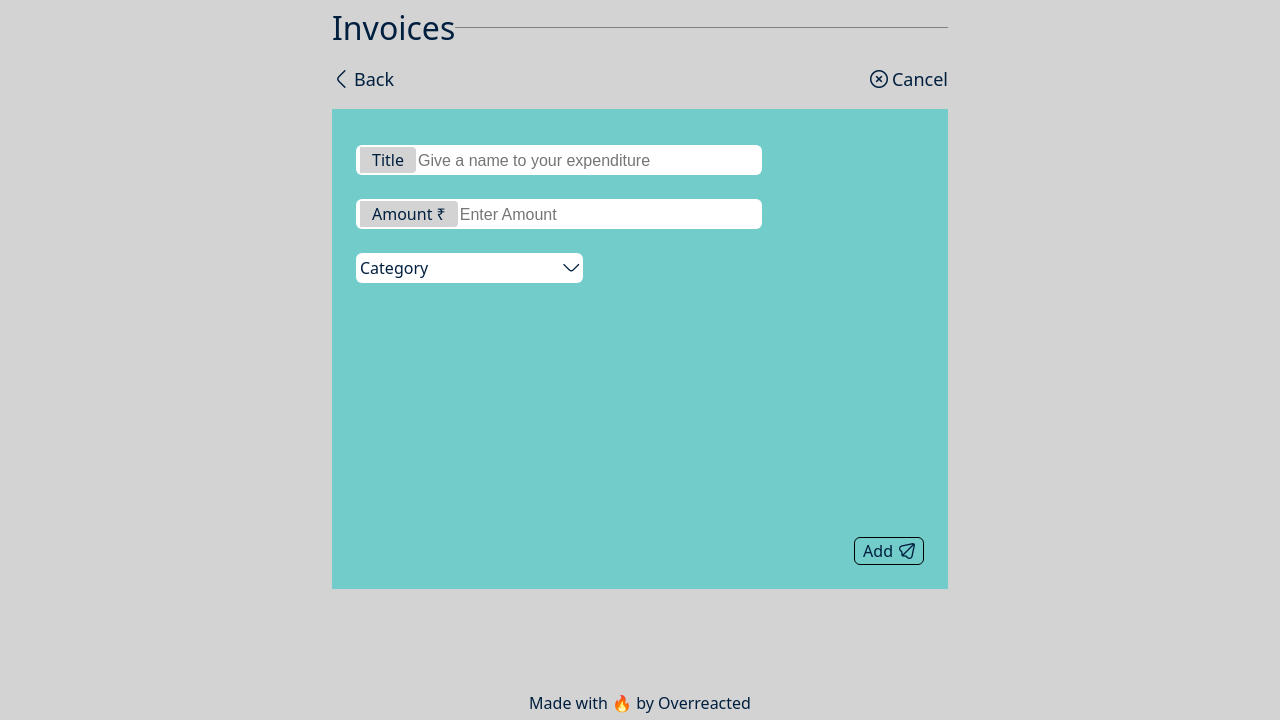
Repository: om1ars/task3
Page: /add-expense
An editor plug-in stored every save of this project. The page is shown before and after the next save, followed by the edit.
The browser window is 1280 px wide. The pictures show the whole page.
Some web libraries are served in a nearby version. The project was rebuilt for these pictures with package versions that can differ from the ones it lists, and the page was loaded fresh each time. Also part of the build but not shown: src/components/add-form/success-modal.css, src/components/expense-list/card.css, src/components/expense-list/card.js, src/components/expense-list/expense-list.css, src/components/expense-list/index.js, src/pages/home/home.css, src/pages/home/index.js.

Above is the page before, as saved 2021-12-18 14:52:12.

### public/index.html
<!DOCTYPE html>
<html lang="en">
  <head>
    <meta charset="utf-8" />
    <link rel="icon" href="%PUBLIC_URL%/favicon.ico" />
    <meta name="viewport" content="width=device-width, initial-scale=1" />
    <meta name="theme-color" content="#000000" />
    <meta name="description" content="SPA to track all your expenses" />
    <link rel="apple-touch-icon" href="%PUBLIC_URL%/logo192.png" />
    <!--
      manifest.json provides metadata used when your web app is installed on a
      user's mobile device or desktop. See https://developers.google.com/web/fundamentals/web-app-manifest/
    -->
    <link rel="manifest" href="%PUBLIC_URL%/manifest.json" />
    <link rel="preconnect" href="https://fonts.googleapis.com" />
    <link rel="preconnect" href="https://fonts.gstatic.com" crossorigin />
    <link
      href="https://fonts.googleapis.com/css2?family=Noto+Sans&display=swap"
      rel="stylesheet"
    />
    <link
      rel="stylesheet"
      href="https://cdn-uicons.flaticon.com/uicons-regular-rounded/css/uicons-regular-rounded.css"
    />
    <link
      rel="stylesheet"
      href="https://cdn.jsdelivr.net/gh/devicons/devicon@v2.12.0/devicon.min.css"
    />
    <title>Xpensr</title>
  </head>
  <body>
    <noscript>You need to enable JavaScript to run this app.</noscript>
    <div id="root"></div>
    <!--
      This HTML file is a template.
      If you open it directly in the browser, you will see an empty page.

      You can add webfonts, meta tags, or analytics to this file.
      The build step will place the bundled scripts into the <body> tag.

      To begin the development, run `npm start` or `yarn start`.
      To create a production bundle, use `npm run build` or `yarn build`.
    -->
  </body>
</html>

### src/index.js
import React from "react";
import ReactDOM from "react-dom";
import "./index.css";
import App from "./App";
import reportWebVitals from "./reportWebVitals";
import { Provider } from "react-redux";
import store from "./redux/store/index";

ReactDOM.render(
  <Provider store={store}>
    <App />
  </Provider>,
  document.getElementById("root")
);

// If you want to start measuring performance in your app, pass a function
// to log results (for example: reportWebVitals(console.log))
// or send to an analytics endpoint. Learn more: https://bit.ly/CRA-vitals
reportWebVitals();

### src/index.css
body {
  margin: 0;
  font-family: "Noto Sans", sans-serif;
  -webkit-font-smoothing: antialiased;
  -moz-osx-font-smoothing: grayscale;
  background-color: lightgray;
  color: #001f3f;
}
a {
  text-decoration: none;
  color: #001f3f;
}
.button {
  /* background: #71ccca; */
  box-shadow: 20px 20px 60px #60adac, -20px -20px 60px #82ebe8;
}
code {
  font-family: source-code-pro, Menlo, Monaco, Consolas, "Courier New",
    monospace;
}

### src/App.js
import React from "react";
import { BrowserRouter as Router, Route, Switch } from "react-router-dom";
import Footer from "./components/footer";
import Header from "./components/header";
import AddExpense from "./pages/add-expense";
import Home from "./pages/home/index";

const App = () => {
  return (
    <Router>
      <Header />
      <Switch>
        <Route path="/" exact component={Home} />
        <Route path="/add-expense" component={AddExpense} />
      </Switch>
      <Footer />
    </Router>
  );
};

export default App;

### src/redux/store/index.js
import { combineReducers, createStore } from "redux";
import { expenseReducer } from "../reducers/expenses";
const reducer = combineReducers({
  expenses: expenseReducer,
});
const initialState = {};
const store = createStore(reducer, initialState);

export default store;

### src/components/footer/index.js
import React from "react";
import "./footer.css";
const Footer = () => {
  return <footer>Made with 🔥 by Overreacted</footer>;
};

export default Footer;

### src/components/header/index.js
import React from "react";
import "./header.css";
const Header = () => {
  return (
    <div className="header-container">
      <div className="header" style={{ display: "flex", alignItems: "center" }}>
        <div className="header-logo">
          Invoices
        </div>
        <div
          style={{ height: "1px", width: "100%", backgroundColor: "gray" }}
        ></div>
      </div>
    </div>
  );
};

export default Header;

### src/pages/add-expense/index.js
import React from "react";
import AddForm from "../../components/add-form";
import TopFold from "../../components/top-fold";
import "./add-expense.css";
const AddExpense = () => {
  return (
    <div className="add-expense">
      <TopFold />
      <AddForm />
    </div>
  );
};

export default AddExpense;

### src/redux/reducers/expenses.js
import {
  ADD_EXPENSE,
  DELETE_EXPENSE,
  SEARCH_EXPENSE,
} from "../action-types/expenses";

const initialList = () => {
  const list = localStorage.getItem("expense-list");
  let expenses = [];
  if (list) {
    expenses = JSON.parse(list);
  }
  return expenses;
};
const initialState = {
  expenseList: initialList(),
  query: "",
};

export const expenseReducer = (state = initialState, action) => {
  switch (action.type) {
    case ADD_EXPENSE: {
      localStorage.setItem(
        "expense-list",
        JSON.stringify([...state.expenseList, action.data])
      );
      return {
        ...state,
        expenseList: [...state.expenseList, action.data],
        query: "",
      };
    }
    case DELETE_EXPENSE: {
      const { data } = action;
      const updatedList = state.expenseList.filter(
        (item) => item.createdAt !== data.createdAt
      );
      localStorage.setItem("expense-list", JSON.stringify(updatedList));
      return {
        ...state,
        expenseList: updatedList,
      };
    }
    case SEARCH_EXPENSE: {
      const { query } = action;
      return {
        ...state,
        query,
      };
    }
    default:
      return {
        ...state,
      };
  }
};

### src/components/footer/footer.css
footer {
  width: 100%;
  position: fixed;
  bottom: 0;
  display: flex;
  justify-content: center;
  align-items: center;
  padding-bottom: 6px;
}

### src/components/header/header.css
.header-container {
  width: 50%;
  margin: auto;
}
.header {
  display: flex;
  justify-content: space-between;
  align-items: center;
  flex: 1;
  margin: 6px 12px;
}
.header-logo {
  display: flex;
  align-items: center;
  font-size: 32px;
  font-weight: 500;
}
.header-logo i {
  display: flex;
  align-items: center;
  margin-left: 6px;
}

.header-button {
  font-size: 20px;
  display: flex;
  justify-content: center;
  align-items: center;
  border: 1px solid black;
  border-radius: 6px;
  padding: 0px 8px;
}
.header-button i {
  margin-right: 4px;
}

@media only screen and (max-width: 1024px) {
  .header-container {
    width: 90%;
  }
  .header-logo {
    font-size: 28px;
  }
  .header-button {
    font-size: 18px;
  }
}

@media only screen and (max-width: 512px) {
  .header-container {
    width: 100%;
  }
  .header-logo {
    font-size: 24px;
  }
  .header-button {
    font-size: 16px;
  }
}

### src/components/add-form/index.js
import React, { useState } from "react";
import { categories } from "../../constants/add-expense";
import "react-toastify/dist/ReactToastify.css";
import "./add-form.css";
import { toast, ToastContainer } from "react-toastify";
import { useDispatch } from "react-redux";
import { addExpense } from "../../redux/actions/expenses";
import SuccessModal from "./success-modal";

const AddForm = () => {
  const [categoryOpen, setCategoryOpen] = useState(false);
  const cat = categories;
  const [title, setTitle] = useState("");
  const [amount, setAmount] = useState("");
  const [category, setCategory] = useState();
  const dispatch = useDispatch();
  const [modalOpen, setModalOpen] = useState(false);
  const handleTitle = (e) => {
    setTitle(e.target.value);
  };
  const handleAmount = (e) => {
    const val = parseFloat(e.target.value);
    if (isNaN(val)) {
      setAmount("");
      return;
    }
    setAmount(val);
  };
  const handleCategory = (category) => {
    setCategory(category);
    setCategoryOpen(false);
    console.log(category);
  };

  const handleSubmit = () => {
    if (title === "" || amount === "" || !category) {
      const notify = () => toast("Please enter complete data");
      notify();
      return;
    }
    const data = {
      title,
      amount,
      category,
      createdAt: new Date(),
    };
    dispatch(addExpense(data));
    setModalOpen(!modalOpen);
  };

  return (
    <div className="add-form">
      <SuccessModal modalOpen={modalOpen} />
      <ToastContainer
        position="bottom-left"
        autoClose={1500}
        hideProgressBar={false}
        newestOnTop={false}
        closeOnClick
      />
      <div className="form-item">
        <label>Title</label>
        <input
          placeholder="Give a name to your expenditure"
          value={title}
          onChange={(e) => handleTitle(e)}
        />
      </div>
      <div className="form-item">
        <label>Amount ₹</label>
        <input
          placeholder="Enter Amount"
          className="amount-input"
          onChange={(e) => handleAmount(e)}
          value={amount}
        />
      </div>
      <div className="category-container-parent">
        <div className="category">
          <div
            className="category-dropdown"
            onClick={() => setCategoryOpen(!categoryOpen)}
          >
            <label>{category ? category.title : "Category"}</label>
            <i class="fi-rr-angle-down"></i>
          </div>
          {categoryOpen && (
            <div className="category-container">
              {cat.map((category) => (
                <div
                  className="category-item"
                  style={{ borderRight: `5px solid ${category.color}` }}
                  key={category.id}
                  onClick={() => handleCategory(category)}
                >
                </div>
              ))}
            </div>
          )}
        </div>
      </div>
      <div className="form-add-button">
        <div onClick={handleSubmit}>
          <label>Add</label>
          <i class="fi-rr-paper-plane"></i>
        </div>
      </div>
    </div>
  );
};

export default AddForm;

### src/components/top-fold/index.js
import React, { useEffect, useState } from "react";
import { Link, useLocation } from "react-router-dom";
import "./top-fold.css";
import { useDispatch } from "react-redux";
import { searchExpense } from "../../redux/actions/expenses";
const TopFold = () => {
  const [query, setQuery] = useState("");
  const dispatch = useDispatch();
  const handleQuery = (e) => {
    setQuery(e.target.value);
    dispatch(searchExpense(e.target.value));
  };
  return (
    <div className="topfold">
      {window.location.pathname === "/" ? (
        <div className="home-topfold">
          <Link to="/add-expense">
            <div
              className="add-button"
              style={{
                width: "700px",
                backgroundColor: "white",
                padding: 15,
              }}
            >
              <div style={{ marginBottom: 10 }}>Actions</div>
              <label
                style={{
                  padding: "6px 28px",
                  borderRadius: "5px",
                  backgroundColor: "blue",
                }}
              >
                Add
              </label>
            </div>
          </Link>
        </div>
      ) : (
        <div className="add-topfold">
          <Link to="/">
            <div className="add-topfold-button">
              <i class="fi-rr-angle-left"></i>
              <label>Back</label>
            </div>
          </Link>
          <Link to="/">
            <div className="add-topfold-button">
              <i class="fi-rr-cross-circle"></i>
              <label>Cancel</label>
            </div>
          </Link>
        </div>
      )}
    </div>
  );
};

export default TopFold;

### src/pages/add-expense/add-expense.css
.add-expense {
  width: 50%;
  margin: auto;
}

@media only screen and (max-width: 1024px) {
  .add-expense {
    width: 90%;
  }
}

@media only screen and (max-width: 512px) {
  .add-expense {
    width: 100%;
  }
}

### src/redux/action-types/expenses.js
export const ADD_EXPENSE = "ADD_EXPENSE";

export const DELETE_EXPENSE = "DELETE_EXPENSE";

export const SEARCH_EXPENSE = "SEARCH_EXPENSE";

### src/constants/add-expense.js
export const categories = [
  {
    id: 1,
    title: "Education",
    icon: require("../assets/images/education.png"),
    color: "#A95EC2",
  },
  {
    id: 2,
    title: "Healthcare",
    icon: require("../assets/images/healthcare.png"),
    color: "#FF768A",
  },
  {
    id: 3,
    title: "Shopping",
    icon: require("../assets/images/shopping.png"),
    color: "#EC60AB",
  },
  {
    id: 4,
    title: "Food",
    icon: require("../assets/images/food.png"),
    color: "#FF9E6D",
  },
  {
    id: 5,
    title: "Other",
    icon: require("../assets/images/entertainment.png"),
    color: "#FFCB5E",
  },
];

### src/components/add-form/add-form.css
.add-form {
  background: #71ccca;
  /* box-shadow: 20px 20px 60px #60adac, -20px -20px 60px #82ebe8; */
  margin: 6px 12px;
  padding: 24px;
  display: flex;
  flex-direction: column;
  flex: 1;
  height: 60vh;
}
.form-item {
  margin: 12px 0px;
  width: 70%;
  padding: 4px;
  border-radius: 6px;
  background-color: white;
}
.form-item label {
  background-color: lightgrey;
  padding: 2px 12px;
  border-radius: 0px 4px 4px 0px;
}
.form-item input {
  font-size: 16px;
  border: none;
  width: 70%;
  outline: none;
}
.category-container-parent {
  display: flex;
  flex-direction: column;
  flex: 1;
}
.category {
  position: relative;
  width: 40%;
}
.category-dropdown {
  display: flex;
  justify-content: space-between;
  align-items: center;
  margin: 12px 0px;
  background-color: white;
  border-radius: 6px;
  padding: 4px;
}
.category-dropdown i {
  display: flex;
  align-items: center;
}

.category-container {
  display: flex;
  position: absolute;
  width: 100%;
  flex-direction: column;
  background: #ffffff;
}

.category-item {
  width: 98%;
  display: flex;
  justify-content: space-between;
  padding: 8px 0px;
  cursor: pointer;
}
.category-item img {
  height: 32px;
  margin-right: 20px;
}

.form-add-button {
  display: flex;
  justify-content: flex-end;
}
.form-add-button div {
  display: flex;
  border: 1px solid black;
  padding: 2px 8px;
  border-radius: 6px;
  cursor: pointer;
}

.form-add-button div i {
  display: flex;
  align-items: center;
  margin-left: 6px;
}

@media only screen and (max-width: 1024px) {
  .form-item {
    width: 100%;
  }
  .form-item input {
    width: 70%;
  }
  .amount-input {
    width: 50% !important;
  }
  .category {
    width: 80%;
  }
}

### src/redux/actions/expenses.js
import {
  ADD_EXPENSE,
  DELETE_EXPENSE,
  SEARCH_EXPENSE,
} from "../action-types/expenses";

export const addExpense = (data) => {
  return {
    type: ADD_EXPENSE,
    data,
  };
};

export const deleteExpense = (data) => {
  console.log(data, "Action");
  return {
    type: DELETE_EXPENSE,
    data,
  };
};

export const searchExpense = (query) => {
  console.log(query);
  return {
    type: SEARCH_EXPENSE,
    query,
  };
};

### src/components/add-form/success-modal.js
import React from "react";
import Modal from "react-modal";
import { Link } from "react-router-dom";
import "./success-modal.css";
const SuccessModal = ({ modalOpen, setModalOpen }) => {
  const customStyles = {
    content: {
      top: "50%",
      left: "50%",
      right: "auto",
      bottom: "auto",
      marginRight: "-50%",
      transform: "translate(-50%, -50%)",
      backgroundColor: "#71ccca",
      borderRadius: "12px",
    },
  };
  return (
    <Modal isOpen={modalOpen} style={customStyles}>
      <div className="modal-inner">
        <label>Expense Added Successfully!</label>
        <img
          src={require("../../assets/images/added-image.png").default}
          alt="Expense Added"
          className="added-image"
        />
        <Link to="/">
          <div className="take-home-button">
            <i class="fi-rr-home"></i>
            Home
          </div>
        </Link>
      </div>
    </Modal>
  );
};

export default SuccessModal;

### src/components/top-fold/top-fold.css
.topfold {
  display: flex;
  justify-content: space-between;
  margin: 6px 12px;
  padding: 12px 0px;
  align-items: center;
}
.home-topfold {
  display: flex;
  justify-content: space-between;
  flex: 1;
}
.searchbar {
  display: flex;
  align-items: center;
  width: 50%;
  background-color: white;
  border-radius: 12px;
}
.searchbar input {
  width: 80%;
  outline: none;
  padding: 8px 0px;
  border: none;
  margin-left: 6px;
  background-color: white;
}

.searchbar i {
  display: flex;
  align-items: center;
  margin-left: 6px;
}

.add-button {
  /* display: flex; */
  align-items: center;
  border-radius: 4px;
  border: 1px solid white;
  font-size: 20px;
  padding: 0px 8px;
  border-radius: 6px;
  cursor: pointer;
}

.add-button i {
  display: flex;
  align-items: center;
  margin-right: 4px;
}
.add-topfold {
  display: flex;
  justify-content: space-between;
  flex: 1;
}
.add-topfold-button {
  display: flex;
  align-items: center;
  font-size: 18px;
  cursor: pointer;
}
.add-topfold-button i {
  display: flex;
  align-items: center;
  margin-right: 4px;
}

@media only screen and (max-width: 1024px) {
  .add-button {
    font-size: 18px;
  }
  .searchbar {
    width: 70%;
  }
}

@media only screen and (max-width: 512px) {
  .add-button {
    font-size: 16px;
  }
}

Loaded but not shown: src/reportWebVitals.js (common file)

After the next save:
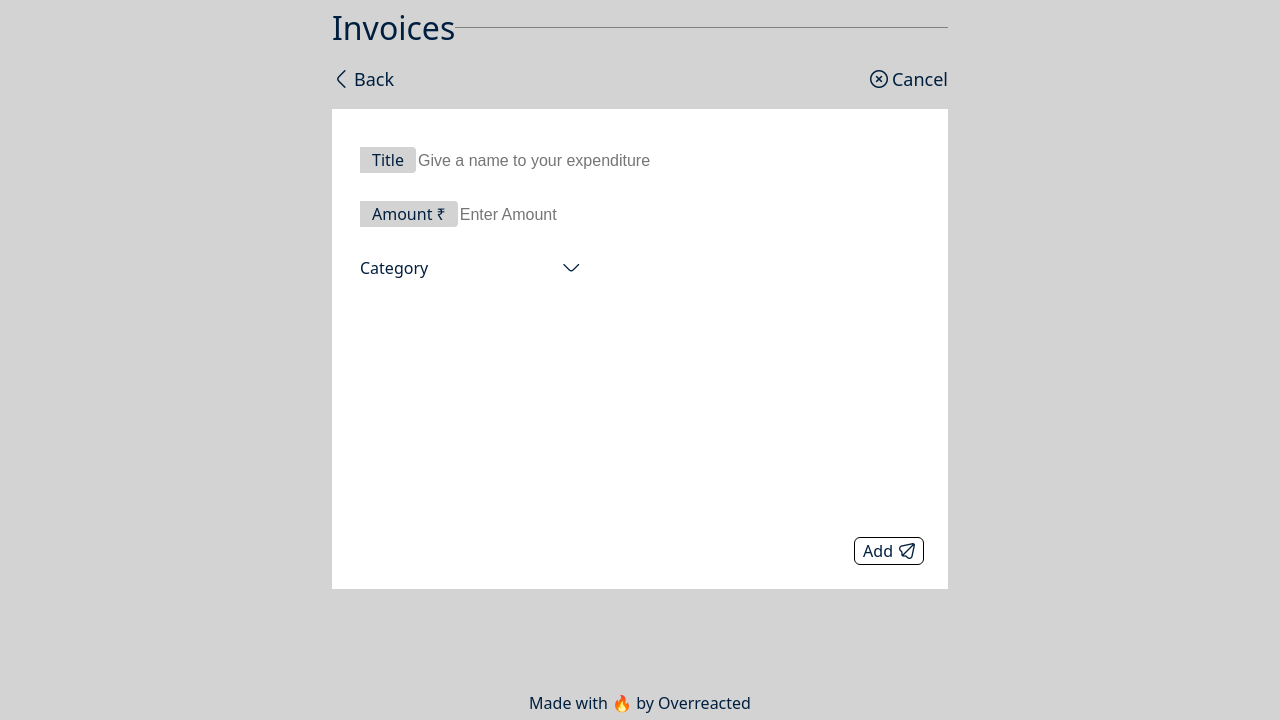
Saved 5 s later.
--- a/src/components/add-form/add-form.css
+++ b/src/components/add-form/add-form.css
@@ -1,5 +1,5 @@
 .add-form {
-  background: #71ccca;
+  background: white;
   /* box-shadow: 20px 20px 60px #60adac, -20px -20px 60px #82ebe8; */
   margin: 6px 12px;
   padding: 24px;
